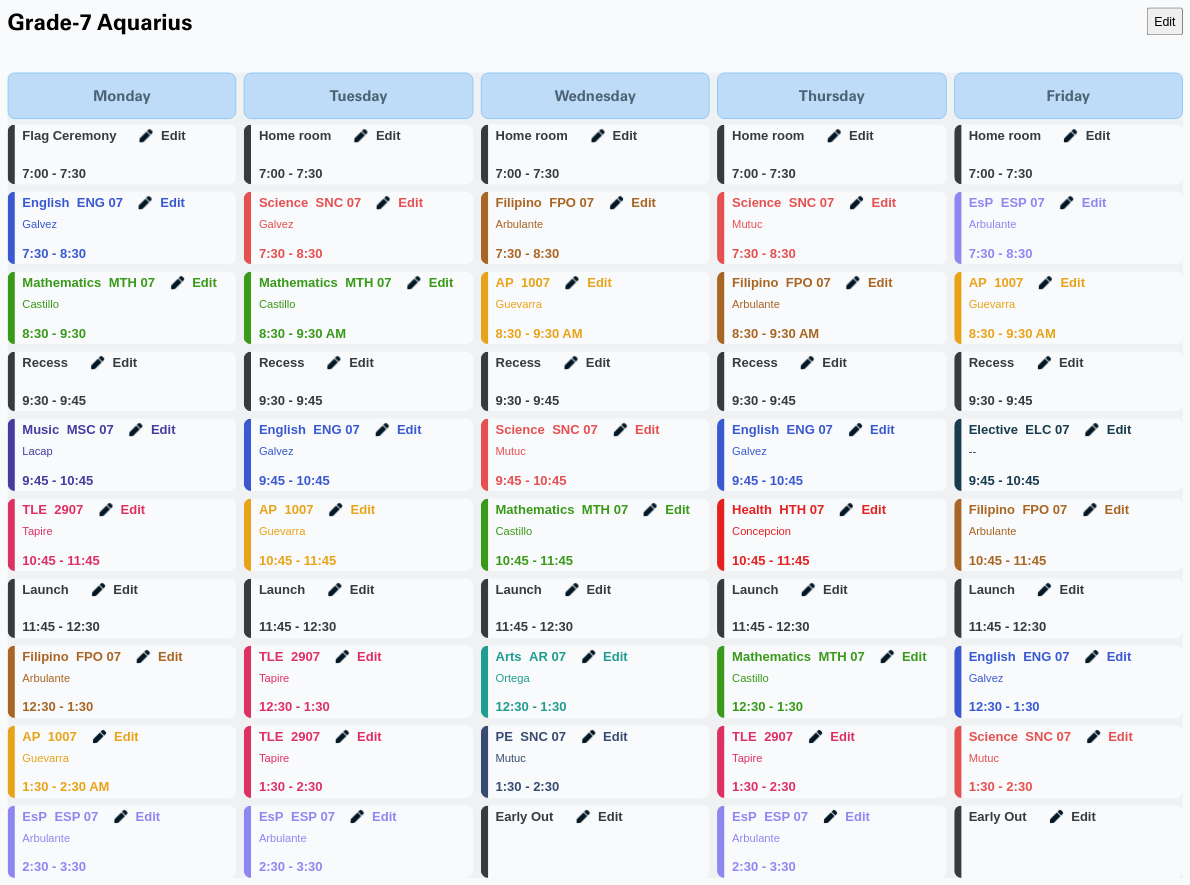
Repository: kentdrlo/prototype
Page: timetable.html
The author's editor kept a copy of each file at every save. The page is drawn from the files as they stood at one save, then again after the next save.
The browser window is 1280 px wide. The pictures show the whole page, at 93% of full size.
An inner scrolling area shows only its first screen.

Above is the page before, as saved 2025-05-29 09:29:24.

After the next save:
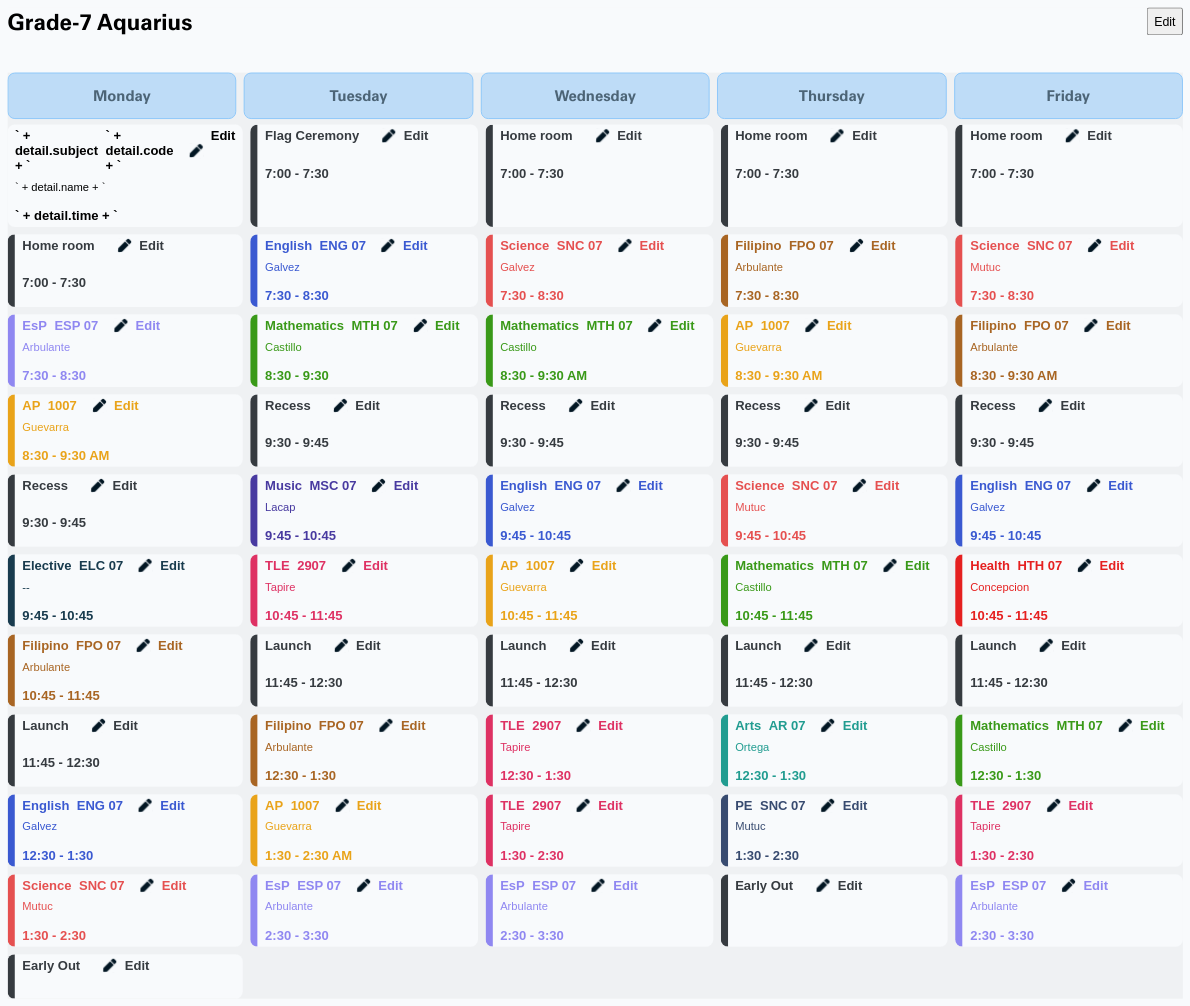
Saved 69 s later.
--- a/timetable.html
+++ b/timetable.html
@@ -13,7 +13,26 @@
       <div class="grid-wrapper">
         <div class="day-box" id="dayBox"></div>
         <div class="table-box" id="topBox">
-
+          <div
+            class="card"
+            style="
+              border-left: 8px solid #` + detail.color + `;
+              color: #` + detail.color + `;
+            "
+          >
+            <div class="subject-teacher-wrapper">
+              <div class="subject-main-wrapper">
+                <div class="subject-detail-wrapper">
+                  <div class="subject-name">` + detail.subject + `</div>
+                  <div class="subject-code">` + detail.code + `</div>
+                  <div class="edit"></div>
+                  <img src="src/assets/icons/edit.svg" />Edit
+                </div>
+              </div>
+              <div class="teacher-name">` + detail.name + `</div>
+            </div>
+            <div class="time">` + detail.time + `</div>
+          </div>
         </div>
       </div>
     </div>
